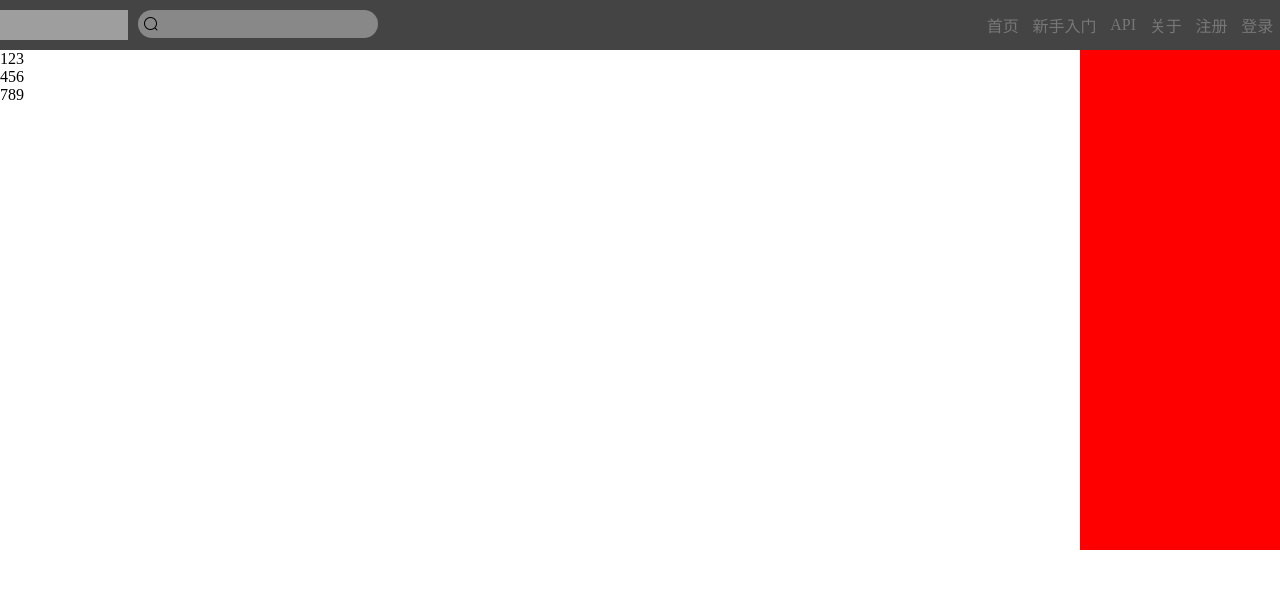
Repository: jinggegeZ/cnode
Page: /
These files come from the project's save history. The page is drawn as it stood at one moment and after the next save; the edit follows.
The browser window is 1280 px wide. The pictures show the whole page.
Pictures or frames that could not be fetched are drawn as grey boxes. The project was rebuilt for these pictures with package versions that can differ from the ones it lists, and the page was loaded fresh each time.

Above is the page before, as saved 2020-06-05 13:09:51.

### src/main.js
import Vue from 'vue'
import App from './App.vue'
import router from './router'
import store from './store'
import ElementUI from 'element-ui'
import 'element-ui/lib/theme-chalk/index.css'


Vue.config.productionTip = false
Vue.use(ElementUI);
new Vue({
  router,
  store,
  render: h => h(App)
}).$mount('#app')

### src/App.vue
<template>
  <div id="app">
    <router-view/>
  </div>
</template>

<style lang="scss">
   * {
  margin: 0;
  padding: 0;
 }
</style>

### src/router/index.js
import Vue from 'vue'
import VueRouter from 'vue-router'
import Home from '../views/Home.vue'
import layout from '../views/layout1/layout'

Vue.use(VueRouter)

  const routes = [
    {
      path:'/home',
      redirect:'/'
    },
  {
    path:'/',
    name:'layout',
    component: layout,
    children: [
      {
        path: '',
        name: 'Home',
        component: Home
      },
    ]
  },

  {
    path: '/about',
    name: 'About',
    component: () => import('../views/About.vue')
  },
  {
    path: '/parents',
    name: 'parents',
    component: () => import('../views/parents/parents.vue'),

  },
]

const router = new VueRouter({
  mode: 'history',
  base: process.env.BASE_URL,
  routes
})

export default router

### src/store/index.js
import Vue from 'vue'
import Vuex from 'vuex'

Vue.use(Vuex)

export default new Vuex.Store({
  state: {
    name:'jack'
  },
  mutations: {
  },
  actions: {
  },
  modules: {
  }
})

### src/views/Home.vue
<template>
 <div>
  <div>123</div>
  <div>456</div>
  <div>789</div>
 </div>
</template>

<script>

 export default {
   data () {
     return {

     }
   },
   components: {

   },
   methods: {

   },
   mounted() {

   },
   watch: {

   },
   computed: {

   }
 }
</script>

<style scoped>

</style>

### src/views/layout1/layout.vue
<template>
 <div>
    <div class="container">

            <div class="top">
            <top></top>
            </div>

        <div class="content">
            <div>
                <router-view></router-view>
            </div>
            <div class="right">
                <right></right>
            </div>
        </div>
        <div class="below">
            <below></below>
        </div>
    </div>
 </div>
</template>

<script>
    import top from '../../components/top/top'
    import right from '../../components/right/right'
    import below from '../../components/below/below'
 export default {
     name:'layout',
   data () {
     return {

     }
   },
   components: {
       top,
       right,
       below,
   },
   methods: {

   },
   mounted() {

   },
   watch: {

   },
   computed: {
   }
 }
</script>

<style scoped>
    .container {
        width: 100%;
    }


</style>

### src/components/top/top.vue
<template>
  <div>
    <div class="top">
      <div class="box">
        <div class="b-left">
          <a href="/" class="img" >
            <img src="//static2.cnodejs.org/public/images/cnodejs_light.svg" alt="" width="128px" height="30px">
          </a>
          <div class="ipt">
            <i class="el-icon-search icon"></i>
            <input type="text" class="item">
          </div>
        </div>
        <div class="b-right">
            <div class="b-box">
                <a href="/">首页</a>
                <a href="">新手入门</a>
                <a href="">API</a>
                <a href="">关于</a>
                <a href="">注册</a>
                <a href="" @click="login">登录</a>
            </div>
        </div>
      </div>
    </div>
  </div>
</template>

<script>
export default {
  data() {
    return {};
  },
  components: {},
  methods: {
      login(){
          this.$router.push('../../views/login/login.vue')
      },
      home(){
          this.$router.push('/')
      }
  },
  mounted() {},
  watch: {},
  computed: {}
};
</script>

<style scoped >
a {
    text-decoration: none;
    color: #777;
}
a:hover {
    color: white;
}
.top {
  width: 100%;
  height: 50px;
  background: rgb(68, 68, 68);
}
.box {
  max-width: 1400px;
  height: 50px;
  margin: 0 auto;
  display: flex;
  justify-content: space-between;
  align-items: center;
}
.b-left {
  display: flex;

}
.ipt {
  width: 240px;
  height: 28px;
  border-radius: 50px !important;
  overflow: hidden;
  display: flex;
  align-items: center;
  background: #888;
  margin-left: 10px;

}
.item {
    border: none;
    outline:none;
    background: transparent;
    margin-left: 5px;
    width: 200px;
    height: 24px;
    margin-left: 10px;
}
.ipt:hover {
    background: white;
}
.img {
    display: flex;
    align-items: center;
}
.b-right {
    width: 300px;
}
.b-box {
    display: flex;
    justify-content: space-around;
    align-items: center;
}
.icon {
    margin-left: 5px;
}
</style>

### src/components/right/right.vue
<template>
 <div>
    <div class="right"></div>
 </div>
</template>

<script>
 export default {
   data () {
     return {

     }
   },
   components: {

   },
   methods: {

   },
   mounted() {

   },
   watch: {

   },
   computed: {

   }
 }
</script>

<style scoped>
    .right {
        width: 200px;
        height: 500px;
        background: red;
        position: absolute;
        right: 0;
        top: 50px;
    }
</style>

### src/components/below/below.vue
<template>
 <div>
    <div class="foot">
        <div class="f-box"></div>
    </div>
 </div>
</template>

<script>
 export default {
   name: '',
   props: {
   },
   components: {

   },
   data () {
     return {

     }
   },
   methods: {

   },
   mounted() {

   },
   watch: {

   },
   computed: {

   }
 }
</script>

<style scoped>
    .foot {
        width: 100%;
        position: absolute;
        bottom: 0;
    }
    .f-box {
        width: 1400px;
        align-items: center;
        background: skyblue;
    }
</style>

Loaded but not shown: public/index.html (common file)

After the next save:
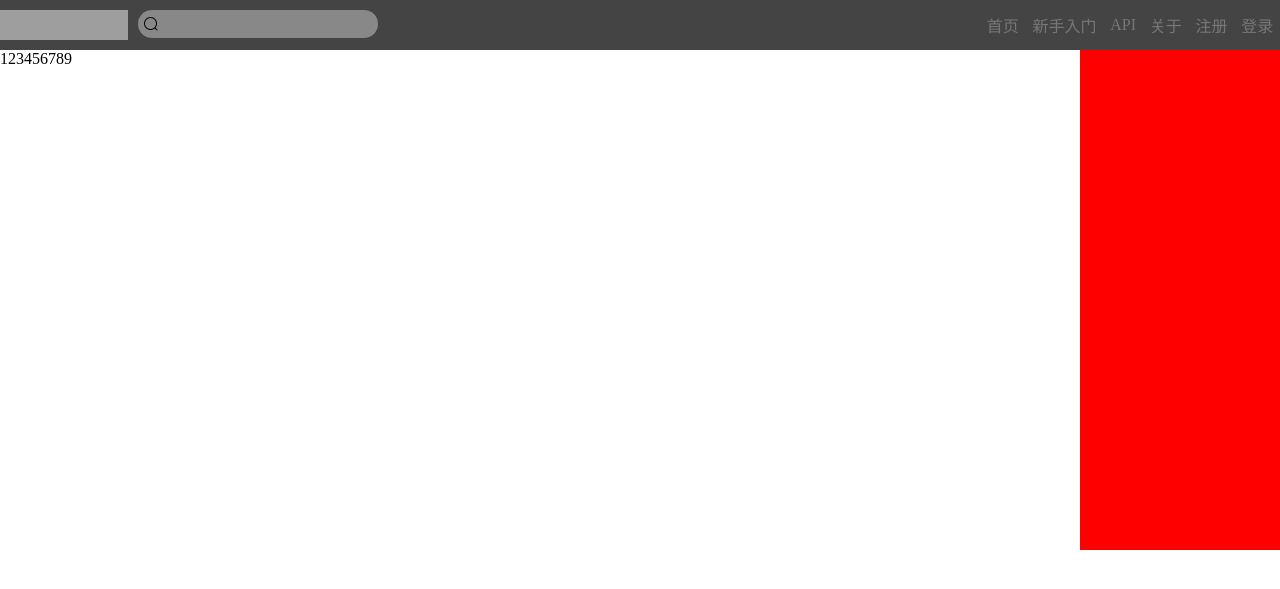
Saved 48 s later.
--- a/src/views/Home.vue
+++ b/src/views/Home.vue
@@ -1,8 +1,10 @@
 <template>
  <div>
-  <div>123</div>
-  <div>456</div>
-  <div>789</div>
+  <div class="box">
+    <div>123</div>
+    <div>456</div>
+    <div>789</div>
+  </div>
  </div>
 </template>
 
@@ -33,5 +35,8 @@
 </script>
 
 <style scoped>
+  .box {
+    display: flex;
 
+  }
 </style>
